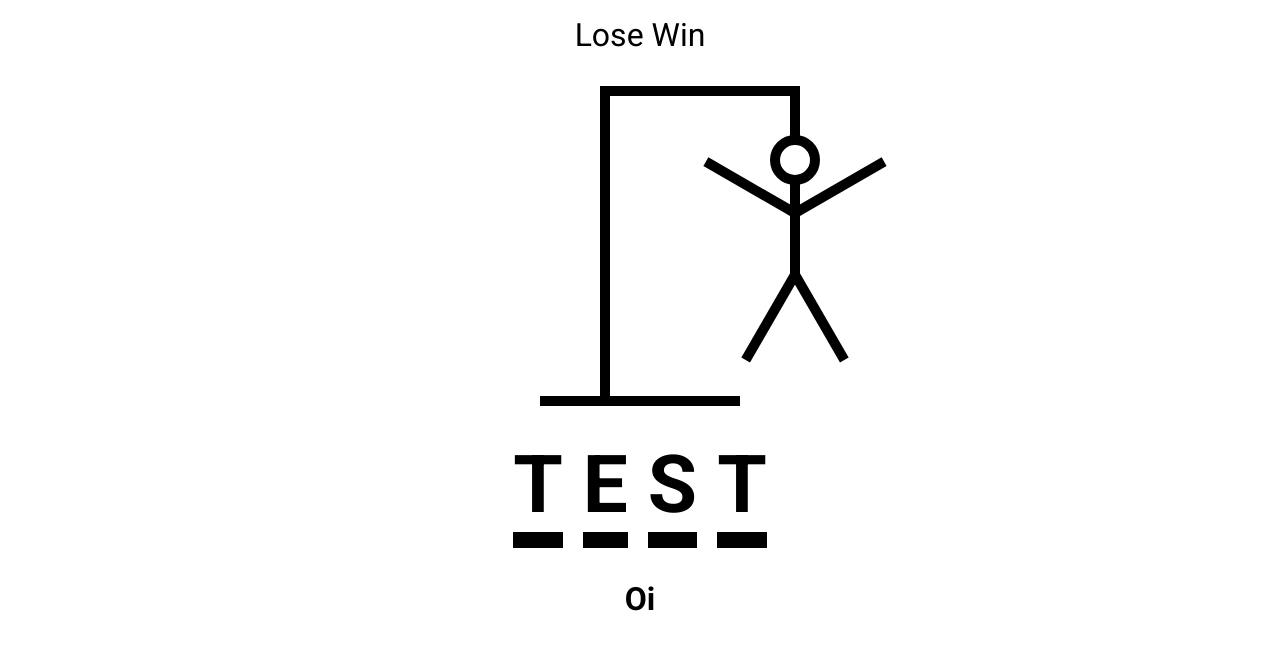
Repository: guilhermecardoso93/jogodaforca
Page: /
An editor plug-in stored every save of this project. The page is shown before and after the next save, followed by the edit.
The browser window is 1280 px wide. The pictures show the whole page.
The project was rebuilt for these pictures with package versions that can differ from the ones it lists, and the page was loaded fresh each time. Also part of the build but not shown: vite.config.ts.

Above is the page before, as saved 2022-12-06 21:17:09.

### index.html
<!DOCTYPE html>
<html lang="en">
  <head>
    <meta charset="UTF-8" />
    <link rel="icon" type="image/svg+xml" href="/vite.svg" />
    <meta name="viewport" content="width=device-width, initial-scale=1.0" />
    <link rel="preconnect" href="https://fonts.googleapis.com"><link
      rel="preconnect" href="https://fonts.gstatic.com" crossorigin><link
      href="https://fonts.googleapis.com/css2?family=Roboto:ital,wght@0,400;0,500;0,700;1,400&display=swap"
      rel="stylesheet">
    <title>Vite + React + TS</title>
  </head>
  <body>
    <div id="root"></div>
    <script type="module" src="/src/main.tsx"></script>
  </body>
</html>

### src/App.tsx
import { useState } from "react";
import words from "./wordList.json";

import { HangmanDrawing } from "./components/HangmanDrawing";
import { HangmanWord } from "./components/HangmanWord";
import { Keyboard } from "./components/Keyboard";

import "./App.css";

export function App() {
  const randomWords = () => {
    return words[Math.floor(Math.random() * words.length)];
  };

  const [wordToGuess, setWordToGuess] = useState(randomWords);
  const [guessedLetters, setGuessedLetters] = useState<string[]>([]);

  console.log(wordToGuess);
  return (
    <div className="container">
      <div className="loseOrWin">Lose Win</div>
      <HangmanDrawing />
      <HangmanWord />
      <Keyboard />
    </div>
  );
}

### src/wordList.json
[
  "capaz",
  "sobre",
  "absoluto",
  "aceitar",
  "conta",
  "alcançar",
  "através",
  "ativo",
  "real",
  "Admitem",
  "anunciar",
  "afetar",
  "proporcionar",
  "depois",
  "tarde",
  "novamente",
  "contra",
  "agente",
  "aceita",
  "permitir",
  "quase",
  "já",
  "tudo bem",
  "também",
  "Apesar",
  "sempre",
  "América",
  "quantia",
  "outro",
  "responda",
  "separado",
  "aparente",
  "aparecer",
  "Aplique",
  "nomear",
  "abordagem",
  "apropriado",
  "área",
  "argumentar",
  "arranjo",
  "associado",
  "presumir",
  "participar",
  "autoridade",
  "acessível",
  "consciente",
  "horrível",
  "bebê",
  "Saldo",
  "bola",
  "banco",
  "base",
  "base",
  "urso",
  "bater",
  "beleza",
  "Porque",
  "antes da",
  "começar",
  "acreditam",
  "beneficiar",
  "melhor",
  "entre",
  "conta",
  "nascimento",
  "Preto",
  "cara",
  "sangue",
  "golpe",
  "limite",
  "linha",
  "Lista",
  "ouço",
  "pequena",
  "viver",
  "carregar",
  "local",
  "trancar",
  "Londres",
  "grandes",
  "olhar",
  "senhor",
  "perder",
  "amor",
  "sorte",
  "almoço",
  "máquina",
  "faço",
  "gerir",
  "muitos",
  "marca",
  "mercado",
  "casar",
  "Combine",
  "matéria",
  "significa",
  "significado",
  "a medida",
  "encontrar",
  "membro",
  "menção",
  "meio",
  "poderia",
  "milha",
  "ouvir",
  "coração",
  "aquecer",
  "pesado",
  "inferno",
  "ajuda",
  "aqui",
  "Alto",
  "história",
  "aguarde",
  "feriado",
  "casa",
  "honesto",
  "esperança",
  "cavalo",
  "hospital",
  "hora",
  "lar",
  "Contudo",
  "olá",
  "centenas",
  "esposo",
  "idéia",
  "identificar",
  "Imagine",
  "importante",
  "melhorar",
  "incluir",
  "renda",
  "aumentar",
  "na verdade",
  "Individual",
  "indústria",
  "informar",
  "garantir",
  "interesse",
  "em",
  "introduzir",
  "investir",
  "envolver",
  "questão",
  "item",
  "Jesus",
  "Junte",
  "juiz",
  "pular",
  "apenas",
  "guarda",
  "matar",
  "Gentil",
  "rei",
  "cozinha",
  "bater",
  "conhecer",
  "trabalho",
  "senhora",
  "terra",
  "Língua",
  "ampla",
  "último",
  "tarde",
  "riso",
  "conduzir",
  "aprender",
  "sair",
  "deixei",
  "menos",
  "carta",
  "nível",
  "vida",
  "leve",
  "Curti",
  "provável",
  "cinco",
  "apartamento",
  "piso",
  "Segue",
  "Comida",
  "pé",
  "força",
  "esquecer",
  "Formato",
  "fortuna",
  "frente",
  "quatro",
  "França",
  "gratuitamente",
  "amigo",
  "a partir de",
  "frente",
  "cheio",
  "função",
  "fundo",
  "futuro",
  "jogos",
  "jardim",
  "em geral",
  "Alemanha",
  "menina",
  "dar",
  "vidro",
  "Boa",
  "adeus",
  "governo",
  "grande",
  "conceder",
  "excelente",
  "verde",
  "chão",
  "grupo",
  "crescer",
  "acho",
  "cabelo",
  "metade",
  "corredor",
  "mão",
  "pendurar",
  "acontecer",
  "feliz",
  "duro",
  "odiar",
  "tenho",
  "cabeça",
  "saúde"
]

### src/components/HangmanDrawing.tsx
const HEAD = (
  <div
    style={{
      width: "50px",
      height: "50px",
      borderRadius: "100%",
      border: "10px solid black",
      position: "absolute",
      top: "49px",
      right: "-20px",
    }}
  />
);

const BODY = (
  <div
    style={{
      width: "10px",
      height: "100px",
      background: "black",
      position: "absolute",
      top: "90px",
      right: 0,
    }}
  />
);

const RIGHT_ARM = (
  <div
    style={{
      width: "100px",
      height: "10px",
      background: "black",
      position: "absolute",
      top: "120px",
      right: "-100px",
      rotate: "-30deg",
      transformOrigin: "left bottom",
    }}
  />
);

const LEFT_ARM = (
  <div
    style={{
      width: "100px",
      height: "10px",
      background: "black",
      position: "absolute",
      top: "120px",
      right: "10px",
      rotate: "30deg",
      transformOrigin: "right bottom",
    }}
  />
);

const RIGHT_LEG = (
  <div
    style={{
      width: "100px",
      height: "10px",
      background: "black",
      position: "absolute",
      top: "180px",
      right: "-90px",
      rotate: "60deg",
      transformOrigin: "left bottom",
    }}
  />
);

const LEFT_LEG = (
  <div
    style={{
      width: "100px",
      height: "10px",
      background: "black",
      position: "absolute",
      top: "180px",
      right: 0,
      rotate: "-60deg",
      transformOrigin: "right bottom",
    }}
  />
);

const BODY_PARTS = [HEAD, BODY, RIGHT_ARM, LEFT_ARM, RIGHT_LEG, LEFT_LEG];

type HangmanDrawingProps = {
  numberOfGuesses: number
}

export function HangmanDrawing() {
  return (
    <div style={{ position: "relative" }}>
      {BODY_PARTS}
      <div
        style={{
          height: "50px",
          width: "10px",
          background: "black",
          position: "absolute",
          top: 0,
          right: 0,
        }}
      />
      <div
        style={{
          height: "10px",
          width: "200px",
          background: "black",
          marginLeft: "120px",
        }}
      />
      <div
        style={{
          height: "300px",
          width: "10px",
          background: "black",
          marginLeft: "120px",
        }}
      />
      <div style={{ height: "10px", width: "200px", marginLeft: '60px', background: "black" }} />
    </div>
  );
}

### src/components/HangmanWord.tsx
import "../App.css";

export function HangmanWord() {
  const word = 'test'
  return (
    <div className="HangmanWordContainer">
      {
        word.split('').map((letter, index) => (
          <span>{letter}</span>
        ))}
    </div>
  )
}

### src/components/Keyboard.tsx
export function Keyboard() {
  return (
    <div>
      <h1>Oi</h1>
    </div>
  )
}

### src/App.css
* {
  margin: 0;
  passing: 0;
  box-sizing: border-box;
  font-family: "Roboto", sans-serif;
}

body {
  margin: 1rem;
}

.container {
  max-width: 800px;
  display: flex;
  flex-direction: column;
  gap: 2rem;
  margin: 0 auto;
  align-items: center;
  justify-content: center;
}

.loseOrWin {
  font-size: 2rem;
  text-align: center;
}

.HangmanWordContainer {
  display: flex;
  gap: 0.25em;
  font-size: 5rem;
  font-weight: bold;
  text-transform: uppercase;
}

.HangmanWordContainer > span {
  border-bottom: 1rem solid black;
}

Loaded but not shown: src/main.tsx (common file)

After the next save:
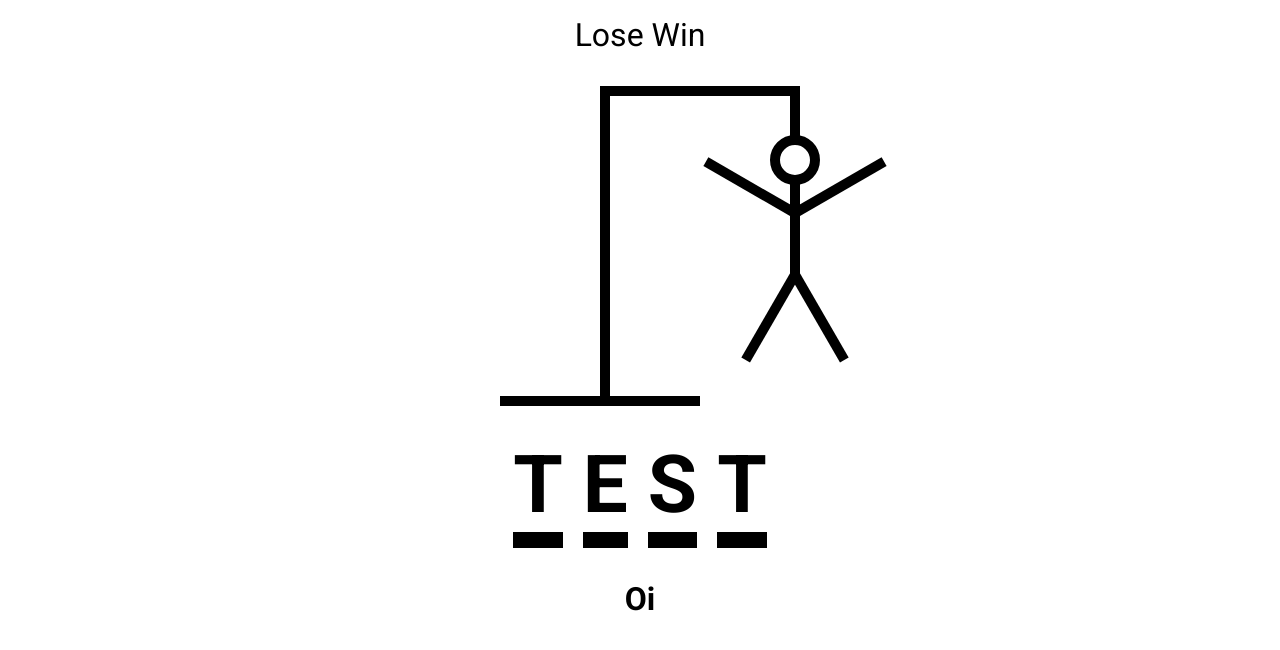
Saved 4 s later.
--- a/src/components/HangmanDrawing.tsx
+++ b/src/components/HangmanDrawing.tsx
@@ -121,7 +121,7 @@ export function HangmanDrawing() {
           marginLeft: "120px",
         }}
       />
-      <div style={{ height: "10px", width: "200px", marginLeft: '60px', background: "black" }} />
+      <div style={{ height: "10px", width: "200px", marginLeft: '20px', background: "black" }} />
     </div>
   );
 }
